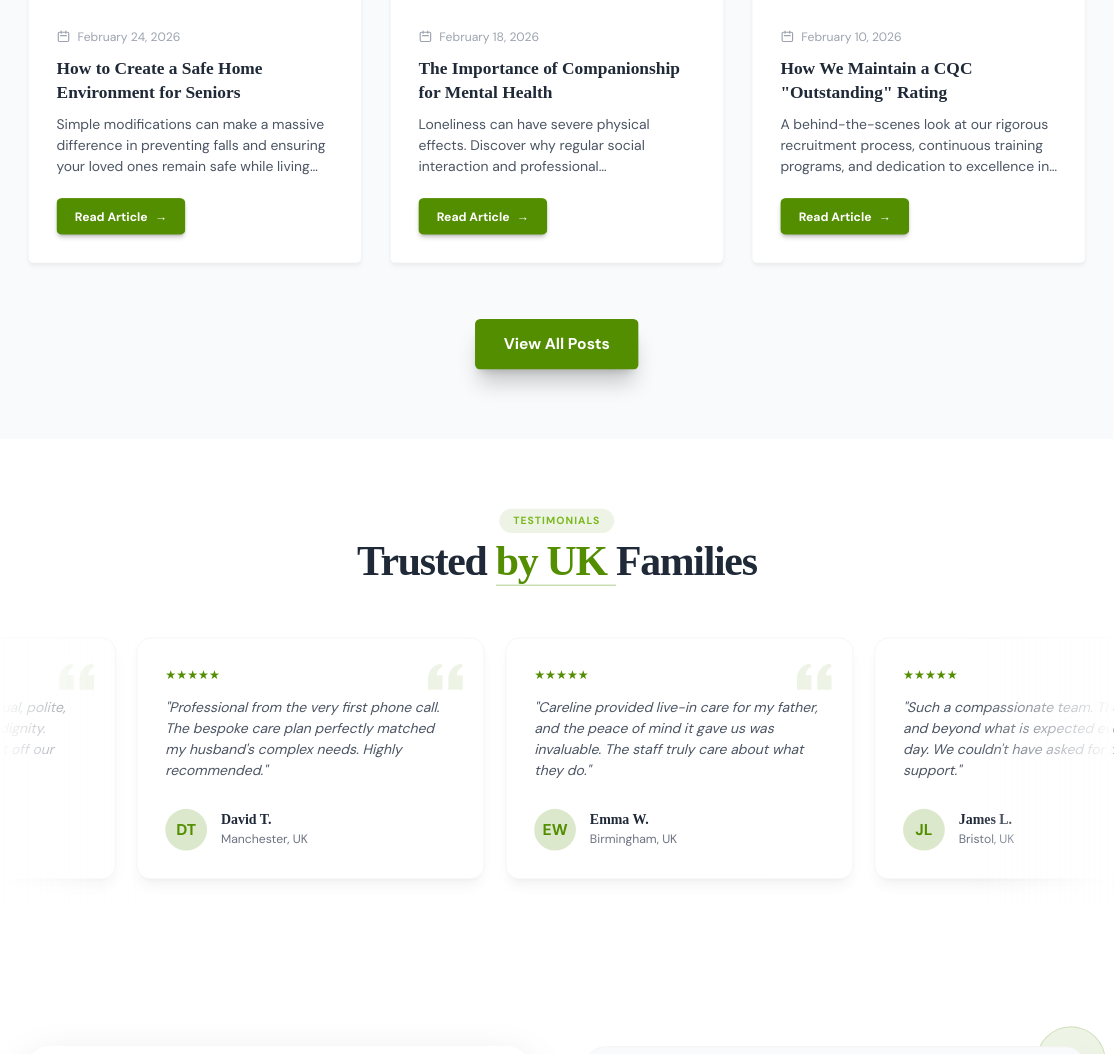
Repository: Iqbalhossen07/care
Page: http://localhost/
The author's editor kept a copy of each file at every save. The page is drawn from the files as they stood at one save, then again after the next save.
The browser window is 1280 px wide. The pictures show the part of the page from y = 4679 to 5890 px (the page is 6998 px tall before and 7276 px after), at 87% of full size.
Pictures or frames that could not be fetched are drawn as grey boxes. Some web fonts or font styles are not loaded; a fallback is used. Some web libraries are served in a nearby version. The page is run by PHP 8.4 with error messages shown; the project is at /var/www/html/.

Above is the page before, as saved 2026-02-28 03:26:21.

After the next save:
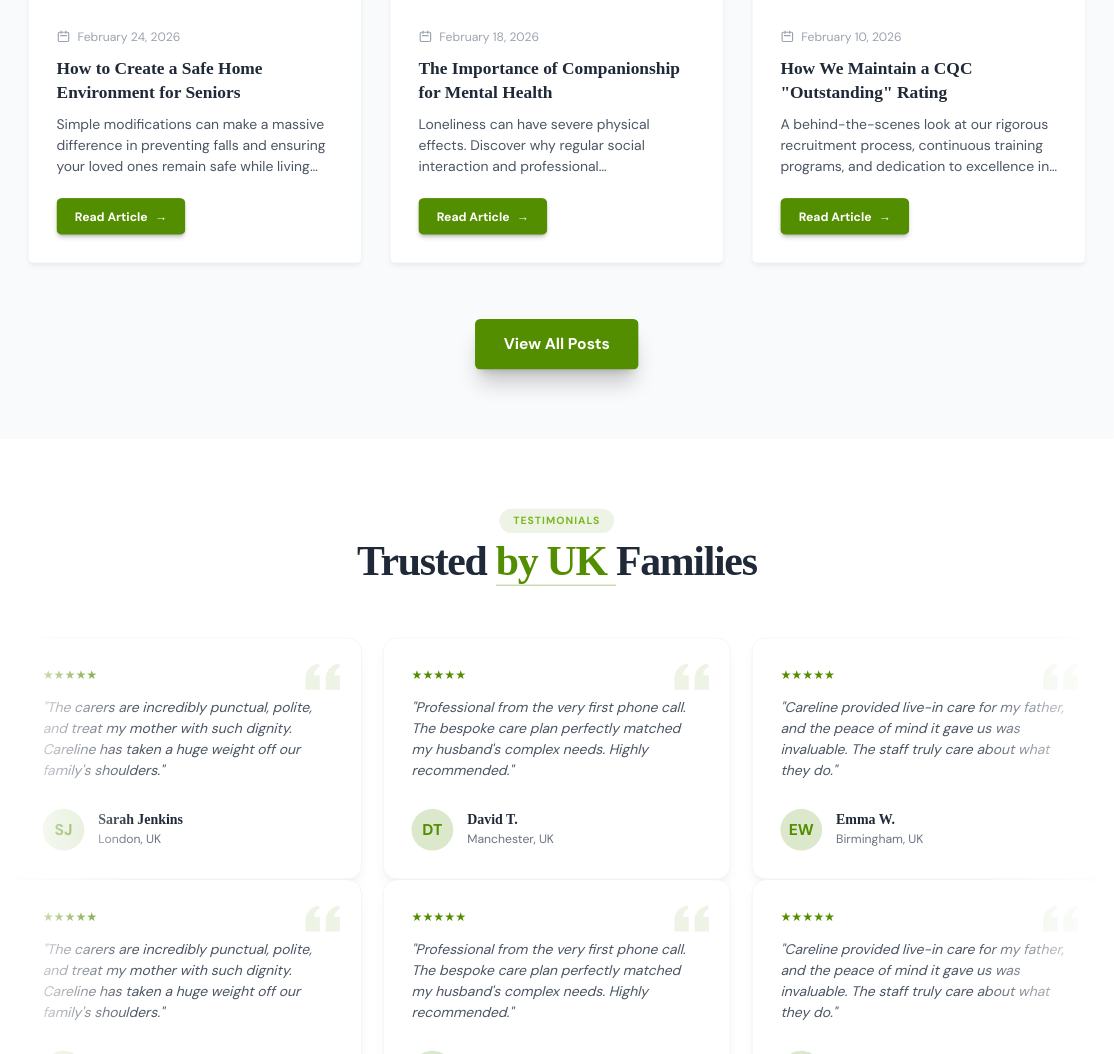
Saved 14 s later.
--- a/head.php
+++ b/head.php
@@ -28,26 +28,5 @@
     }
     </script>
 
-    <style>
-    @keyframes scroll-left {
-        0% {
-            transform: translateX(0);
-        }
 
-        100% {
-            transform: translateX(-50%);
-        }
-    }
-
-    .animate-marquee {
-        display: flex;
-        width: max-content;
-        animation: scroll-left 60s linear infinite;
-    }
-
-    .animate-marquee:hover {
-        animation-play-state: paused;
-        /* Pause on hover so users can read */
-    }
-    </style>
 </head>

After the 6 saves that followed:
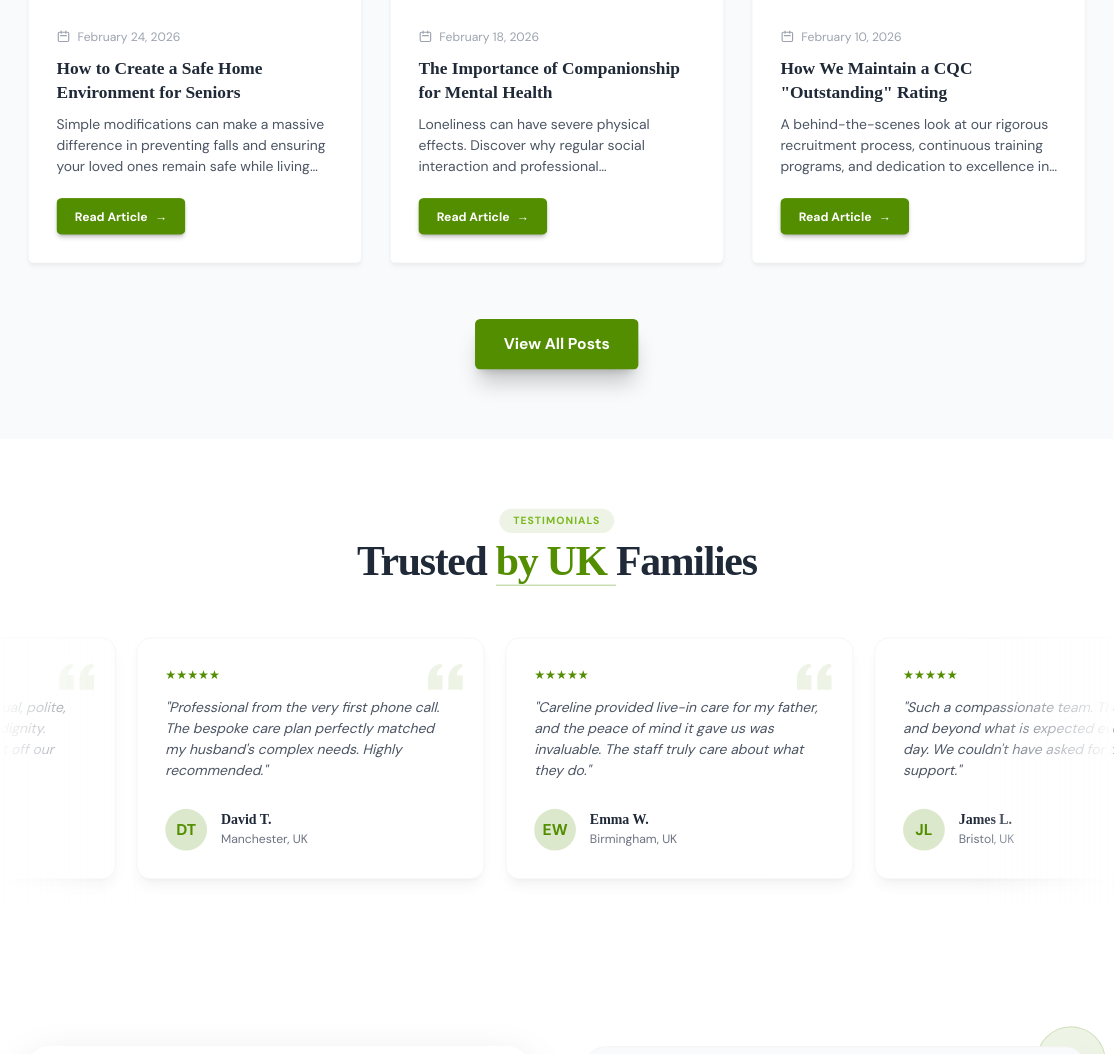
The 6 saves are shown as one change because 2 left the picture as it was and some came seconds apart.
The last was saved 98 s later.
--- a/head.php
+++ b/head.php
@@ -28,5 +28,5 @@
     }
     </script>
 
-
+    <link rel="stylesheet" href="style.css?v=<?= time(); ?>">
 </head>
--- /dev/null
+++ b/style.css
@@ -0,0 +1,20 @@
+@keyframes scroll-left {
+  0% {
+    transform: translateX(0);
+  }
+
+  100% {
+    transform: translateX(-50%);
+  }
+}
+
+.animate-marquee {
+  display: flex;
+  width: max-content;
+  animation: scroll-left 60s linear infinite;
+}
+
+.animate-marquee:hover {
+  animation-play-state: paused;
+  /* Pause on hover so users can read */
+}
